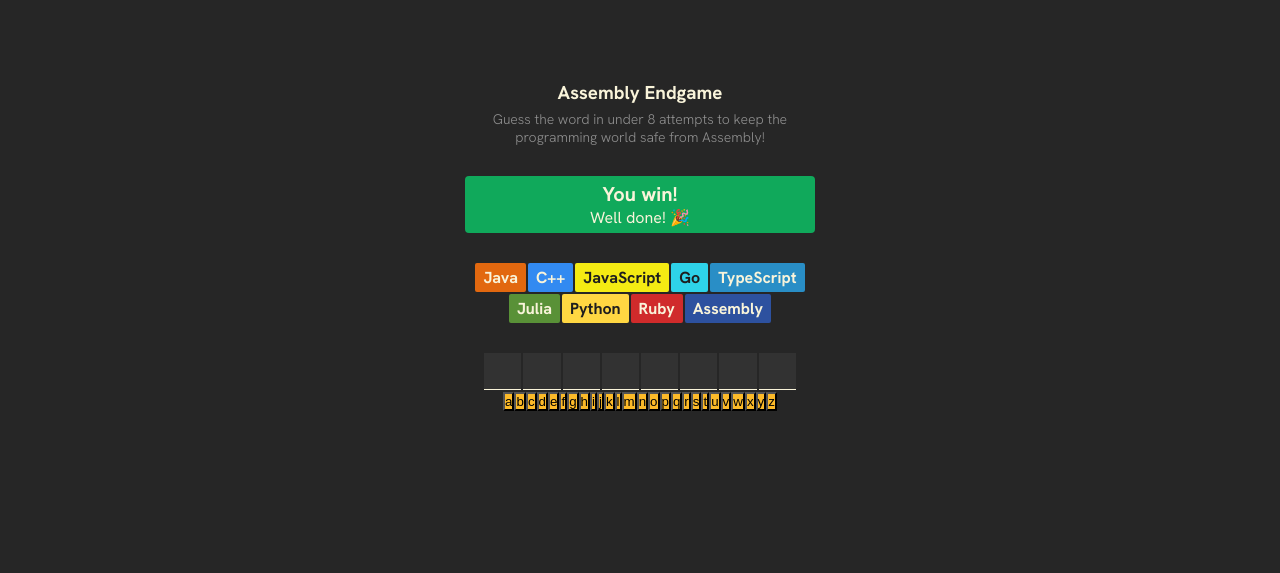
Repository: AchrafAzzaoui/AssemblyEndgame
Page: / (app in assembly-endgame/)
An editor plug-in stored every save of this project. The page is shown before and after the next save, followed by the edit.
The browser window is 1280 px wide. The pictures show the whole page.
The project was rebuilt for these pictures with package versions that can differ from the ones it lists, and the page was loaded fresh each time. Also part of the build but not shown: assembly-endgame/vite.config.js.

Above is the page before, as saved 2024-12-25 15:29:54.

After the next save:
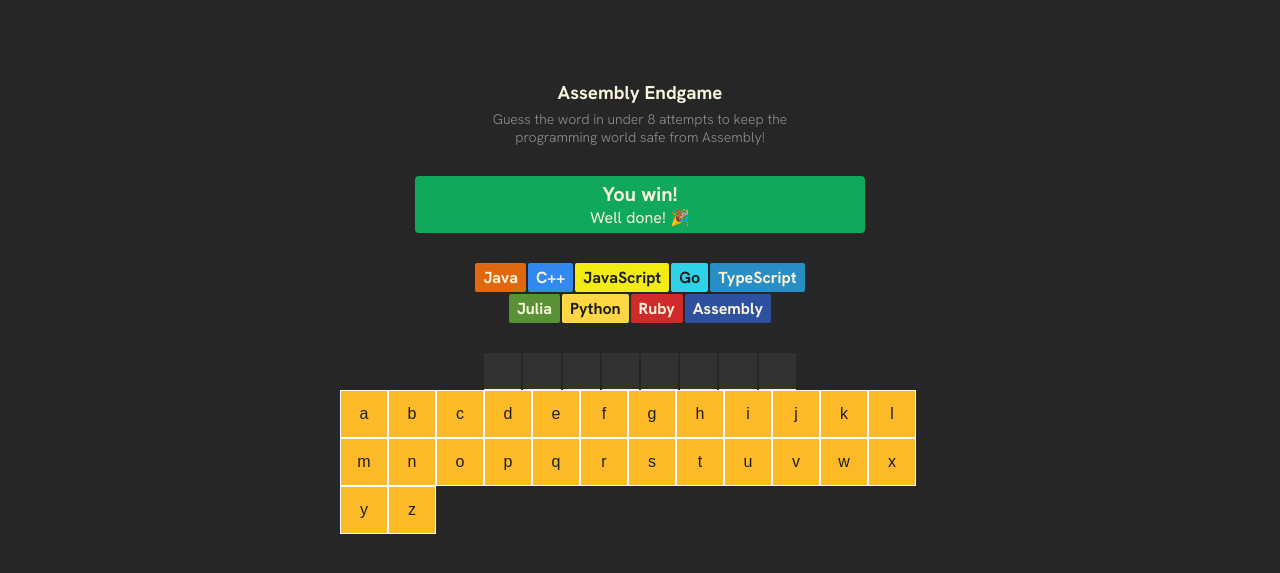
Saved 78 s later.
--- a/assembly-endgame/src/index.css
+++ b/assembly-endgame/src/index.css
@@ -104,4 +104,11 @@
 
 .letter-button {
   background-color: #fcba29;
+  color: #1e1e1e;
+  padding: 0rem 1rem;
+  border: 0.5px solid white;
+  min-width: 3rem;
+  text-align: center;
+  font-size: 1rem;
+  aspect-ratio: 1/1;
 }
